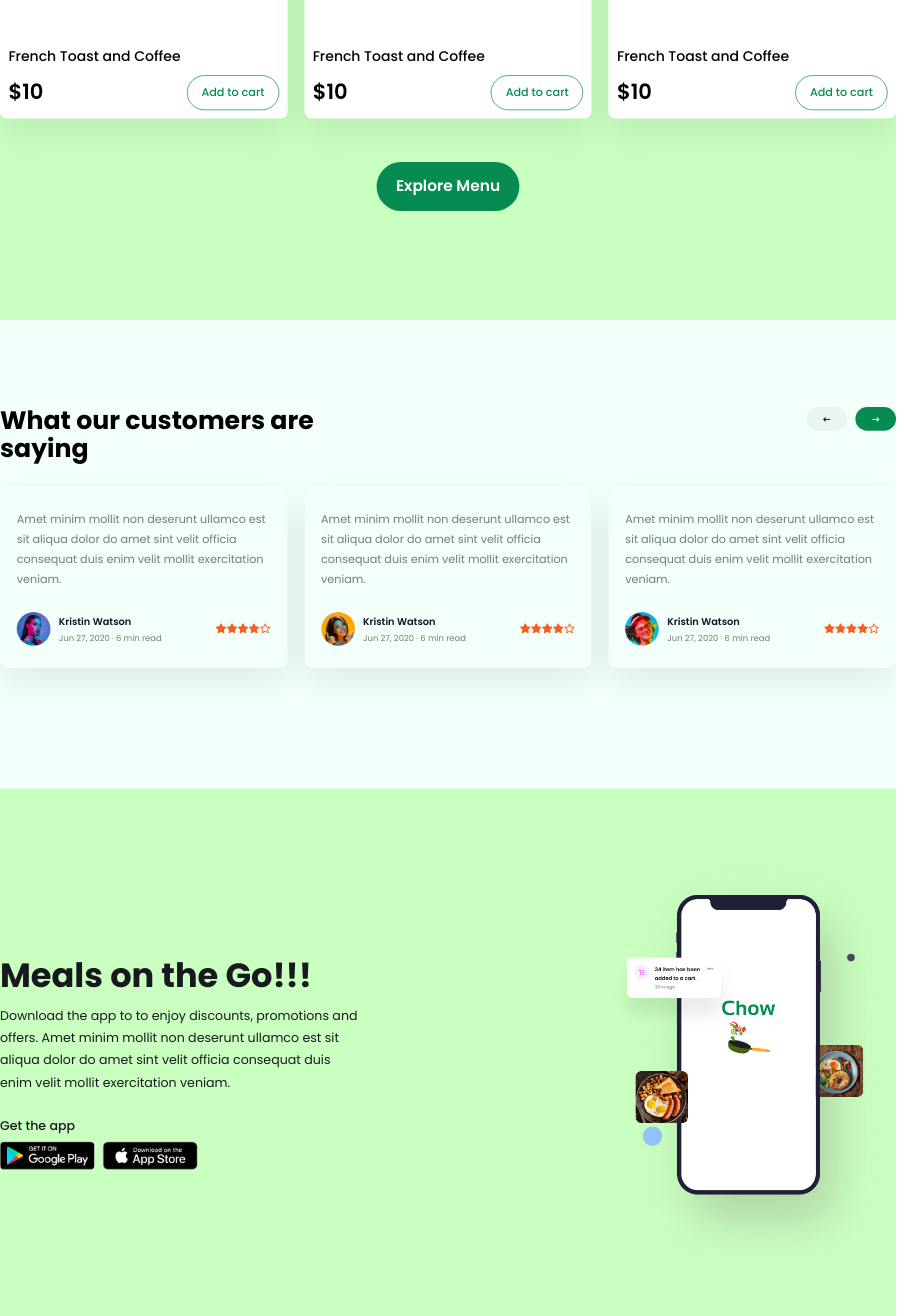
Repository: nguyennam1029/balbal
Page: index.html
These files come from the project's save history. The page is drawn as it stood at one moment and after the next save; the edit follows.
The browser window is 1280 px wide. The page is 1292 px wide, so the pictures cover 1292 px, including what lies to the right of the window. The pictures show the part of the page from y = 2019 to 3899 px (the page is 3899 px tall before and 3758 px after), at 70% of full size.
Some web libraries are served in a nearby version.

Above is the page before, as saved 2022-07-06 19:26:20.

After the next save:
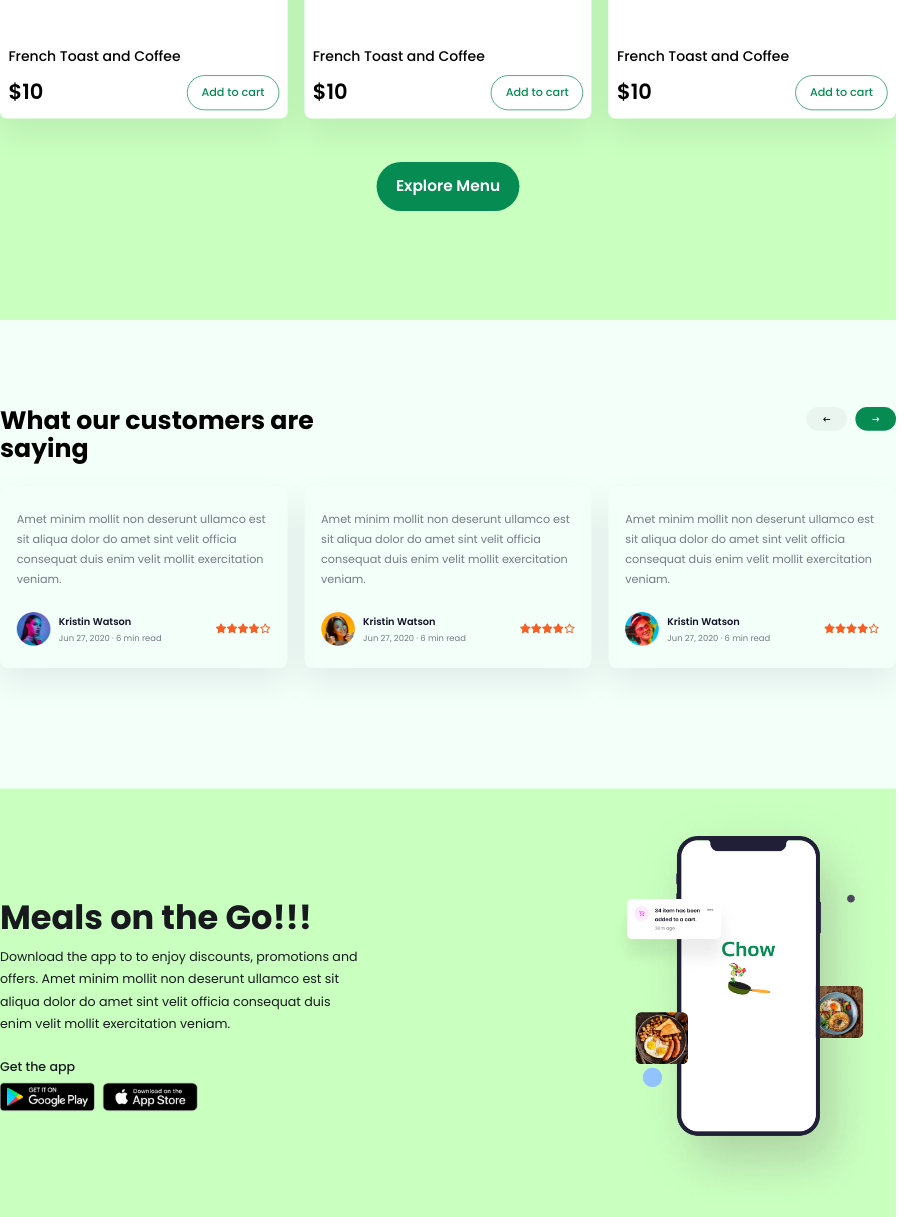
Saved 6 h 9 min later.
--- a/css/style.css
+++ b/css/style.css
@@ -485,8 +485,8 @@ ul {
 
 /* TRANSPORT  */
 .transport {
-    background-color: #C9FFBF;
-    padding         : 84px 0 57px;
+    background-color   : #C9FFBF;
+    /* padding         : 84px 0 57px; */
 }
 
 .transport-list {
